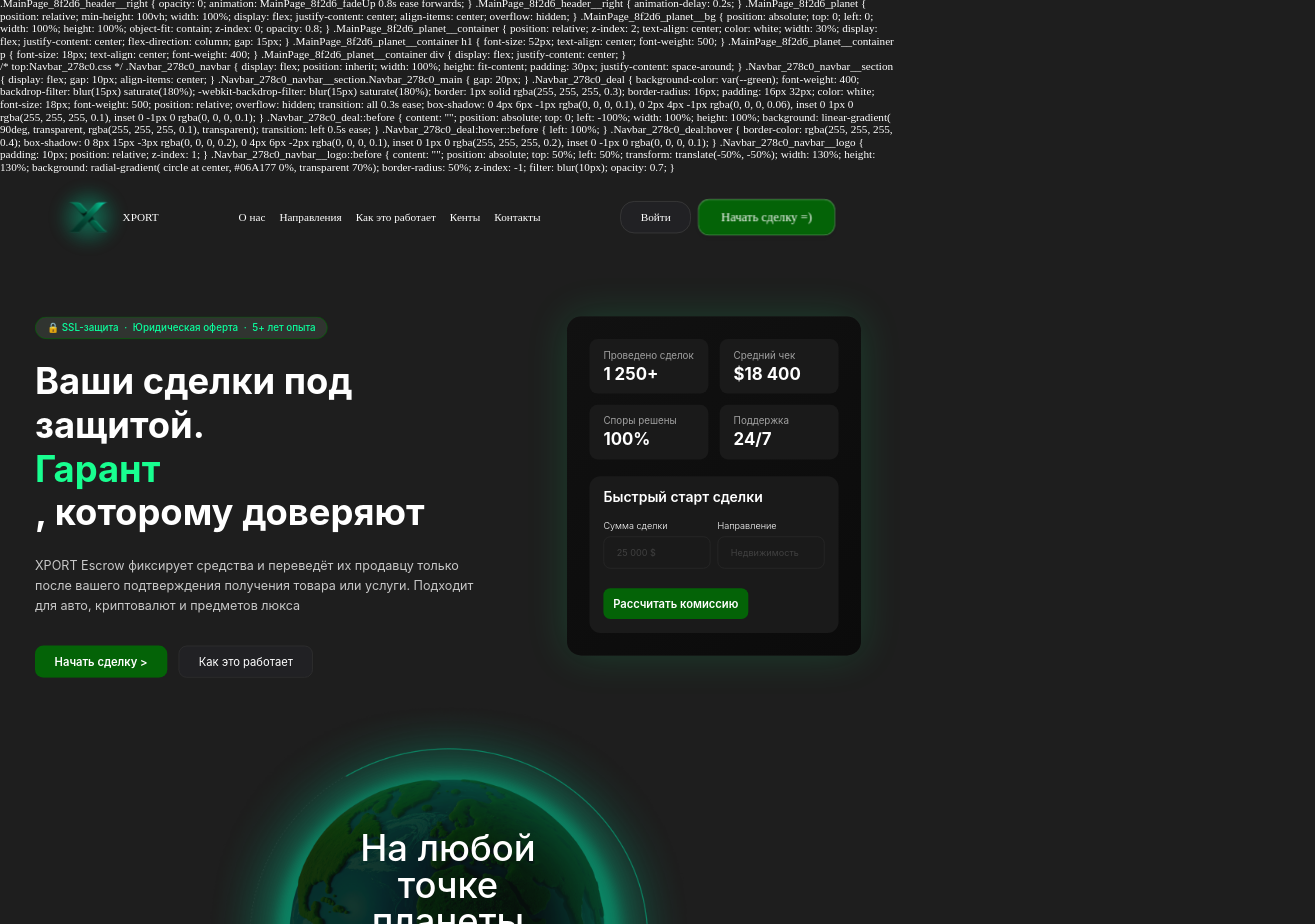
Repository: 1mpuryyyyy/x-port
Page: /x-port/
These files come from the project's save history. The page is drawn as it stood at one moment and after a run of saves; the edit follows.
The browser window is 1280 px wide. The page is 1879 px wide, so the pictures cover 1879 px, including what lies to the right of the window. The pictures show the part of the page from y = 1515 to 2835 px (the page is 3284 px tall before and 2484 px after), at 70% of full size.
The project was rebuilt for these pictures with package versions that can differ from the ones it lists, and the page was loaded fresh each time. Also part of the build but not shown: vite.config.js.

Above is the page before, as saved 2025-10-09 03:12:41.

### index.html
<!doctype html>
<html lang="en">

<head>
    <meta charset="UTF-8" />
    <link rel="icon" type="image/svg+xml" href="/logo.svg" />
    <meta name="viewport" content="width=device-width, initial-scale=1.0" />
    <title>XPORT</title>
</head>

<body>
    <div id="root"></div>
    <script type="module" src="/src/main.jsx"></script>
</body>

</html>

### src/index.css
:root {
    --display: #1E1E1E;
    --grey: #212124;
    --green: #046307;
    --bg-card: #303430;
    --gold: #D79A19;
    --blue: #1735B1;
    --emerald: #00C36D;
    --light-green: #0AFF9D;
    --white: #ffff;
    --transparent: rgba(255, 255, 255, 0.15);
    --light-grey: #404040;
}

* {
    margin: 0;
    padding: 0;
    box-sizing: border-box;
    text-decoration: none;
    border: none;
    font-size: 100%;
    font: inherit;
    font-family: "Helvetica Neue", Helvetica, Arial, sans-serif;
    color: var(--white)
}

::-webkit-scrollbar {
    width: 8px;
}

::-webkit-scrollbar-track {
    background: transparent;
}

::-webkit-scrollbar-thumb {
    background-color: var(--transparent);
    backdrop-filter: blur(10px) saturate(180%);
    -webkit-backdrop-filter: blur(10px) saturate(180%);
    border-radius: 6px;
    border: 1px solid rgba(255, 255, 255, 0.1);
}

::-webkit-scrollbar-thumb:hover {
    background-color: rgba(255, 255, 255, 0.1);
    backdrop-filter: blur(12px) saturate(200%);
    -webkit-backdrop-filter: blur(12px) saturate(200%);
}

ol,
ul {
    list-style: none;
}

blockquote,
q {
    quotes: none;
}

table {
    border-collapse: collapse;
    border-spacing: 0;
}

button {
    border: none;
    cursor: pointer;
    border-radius: 20px;
    background-color: var(--grey);
    border: 1px solid;
    border-color: var(--light-grey);
    padding: 14px 28px;
    color: white;
    font-weight: 300;
    display: flex;
    align-items: center;
    justify-content: center;
    transition: 0.3s ease;
}

body {
    background-color: var(--display);
    min-height: 100vh;
    line-height: 1;
}

### src/App.jsx
import { Provider } from "react-redux";
import { RouterProvider, createBrowserRouter } from "react-router-dom";
import "./App.css";
import { MainPage } from "./components/MainPage/MainPage.jsx";
import Layout from "./components/Layout.jsx";

const router = createBrowserRouter(
    [
        {
            path: "/",
            element: <Layout />,
            children: [
                {
                    path: "",
                    element: <MainPage />,
                },
            ],
        },
    ],
    {
        basename: '/x-port',
    }
);


function App() {
    return (
        <>
            {/* <Provider store={store}> */}
            <RouterProvider router={router}></RouterProvider>
            {/* </Provider> */}
        </>
    );
}

export default App;

### src/App.css
:root {
    --display: #1E1E1E;
    --green: #046307;
    --bg-card: #303430;
    --gold: #D79A19;
    --blue: #1735B1;
    --emerald: #00C36D;
    --light-green: #0AFF9D;
    --white: #ffff;
}

* {
    display: block;
    margin: 0;
    padding: 0;
    box-sizing: border-box;
    text-decoration: none;
    border: none;
    font-size: 100%;
    font: inherit;
}

body {
    line-height: 1;
}

ol,
ul {
    list-style: none;
}

blockquote,
q {
    quotes: none;
}

blockquote:before,
blockquote:after,
q:before,
q:after {
    content: '';
    content: none;
}

table {
    border-collapse: collapse;
    border-spacing: 0;
}

### src/components/MainPage/MainPage.jsx
import style from './MainPage.module.css';
import planet from "../../assets/planet.png";

export const MainPage = () => {
    return (
        <section>
            <div className={style.header}>
                <div className={style.header__left}>
                    <div className={style.header__left__benchmark}>
                        <span>🔒 SSL-защита</span>
                        <span>·</span>
                        <span>Юридическая оферта</span>
                        <span>·</span>
                        <span>5+ лет опыта</span>
                    </div>

                    <h1 className={style.header__left__title}>Ваши сделки под защитой. <span>Гарант</span>, которому доверяют</h1>
                    <p className={style.header__left__description}>XPORT Escrow фиксирует средства и переведёт их продавцу только после вашего подтверждения получения товара или услуги. Подходит для авто, криптовалют и предметов люкса</p>
                    <div className={style.header__left__buttons}>
                        <button className={style.greenButton}>Начать сделку {">"} </button>
                        <button>Как это работает </button>
                    </div>
                </div>
                <div className={style.header__right}>
                    <div className={style.digits}>
                        <div className={style.digits__item}>
                            <p className={style.digits__item__title}>Проведено сделок</p>
                            <h1>1 250+</h1>
                        </div>
                        <div className={style.digits__item}>
                            <p className={style.digits__item__title}>Средний чек</p>
                            <h1>$18 400</h1>
                        </div>
                        <div className={style.digits__item}>
                            <p className={style.digits__item__title}>Споры решены</p>
                            <h1>100%</h1>
                        </div>
                        <div className={style.digits__item}>
                            <p className={style.digits__item__title}>Поддержка</p>
                            <h1>24/7</h1>
                        </div>
                    </div>
                    <div className={style.calculator}>
                        <h1>Быстрый старт сделки</h1>
                        <div className={style.calculator__inputs}>
                            <div className={style.calculator__input}>
                                <label htmlFor="amount">Сумма сделки</label>
                                <input type="text" id="amount" placeholder="25 000 $" />
                            </div>
                            <div className={style.calculator__input}>
                                <label htmlFor="direction">Направление</label>
                                <input type="text" id="direction" placeholder="Недвижимость" />
                            </div>
                        </div>
                        <div>
                            <button>Рассчитать комиссию</button>
                        </div>
                    </div>
                </div>
            </div>
            <div className={style.planet}>
                <img
                    src={planet}
                    alt="planet background"
                    className={style.planet__bg}
                />
                <div className={style.planet__container}>
                    <h1>На любой точке планеты</h1>
                    <p>купи купи купи купи купи купи купи купи купи купи купи купи купи купи купи купи купи</p>
                    <div>
                        <button className={style.greenButton}>Начать сделку ={">"}</button>
                    </div>
                </div>
            </div>

        </section>
    );
}

### src/components/Layout.jsx
// import { useSelector } from "react-redux";
import { Navigate, Outlet } from "react-router-dom";
import Navbar from "./Navbar/Navbar.jsx";;

export default function Layout() {
    // const isAuthenticated = useSelector(state => state.auth.isAuthenticated);
    return (
        <div>
            {/* {!isAuthenticated && <Navigate to={"/"} />} */}
            <Navbar />
            <Outlet />
        </div>
    );
}

### src/components/MainPage/MainPage.module.css
section {
    color: #ffffff;
    padding: 80px 50px;
    min-height: 100vh;
    display: flex;
    align-items: center;
    justify-content: center;
    font-family: 'Inter', sans-serif;
    flex-direction: column;
}

/* Общий контейнер */
.header {
    display: flex;
    justify-content: space-between;
    align-items: flex-start;
    gap: 80px;
    width: 100%;
    max-width: 1400px;
}

/* Левая часть */
.header__left {
    flex: 1;
    display: flex;
    flex-direction: column;
    gap: 30px;
}

.header__left__benchmark {
    background-color: #303430;
    border: 1px solid #046307;
    color: #0AFF9D;
    border-radius: 999px;
    display: inline-flex;
    align-items: center;
    gap: 8px;
    padding: 8px 16px;
    font-size: 14px;
    font-weight: 500;
    width: fit-content;
}

.header__left__benchmark span {
    color: #0AFF9D;
}

.header__left__title {
    font-size: 52px;
    font-weight: 700;
    line-height: 1.2;
    max-width: 640px;
}

.header__left__title span {
    color: #18ff90;
}

.header__left__description {
    font-size: 18px;
    color: #c8c8c8;
    max-width: 640px;
    line-height: 1.6;
}

.header__left__buttons {
    display: flex;
    gap: 16px;
    margin-top: 12px;
}

.greenButton {
    background-color: var(--green);
    color: var(--white);
    font-weight: 600;
    padding: 14px 28px;
    border: none;
    border-radius: 12px;
    cursor: pointer;
    transition: all 0.3s ease;
}

.greenButton:hover {
    background-color: var(--emerald);
    color: var(--black);
}

.header__left__buttons button:last-child {
    background-color: var(--grey);
    color: #fff;
    font-weight: 400;
    border: 1px solid #333;
    padding: 14px 28px;
    border-radius: 12px;
    cursor: pointer;
    transition: all 0.3s ease;
}

.header__left__buttons button:last-child:hover {
    background-color: #22222200;
}

/* Правая часть */
.header__right {
    flex: 1;
    background: linear-gradient(145deg, #111 0%, #0b0b0b 100%);

    padding: 32px;
    border-radius: 20px;
    display: flex;
    flex-direction: column;
    gap: 24px;
    box-shadow: 0 0 60px rgba(0, 255, 130, 0.15);
    max-width: 420px;
}

/* Цифры */
.digits {
    display: grid;
    grid-template-columns: 1fr 1fr;
    gap: 16px;
}

.digits__item {
    background-color: #1a1a1a;
    border-radius: 12px;
    padding: 16px 20px;
    text-align: left;
}

.digits__item__title {
    font-size: 14px;
    color: #a0a0a0;
    margin-bottom: 8px;
}

.digits__item h1 {
    font-size: 24px;
    font-weight: 700;
}

/* Калькулятор */
.calculator {
    background-color: #1a1a1a;
    border-radius: 16px;
    padding: 20px;
    display: flex;
    flex-direction: column;
    gap: 16px;
}

.calculator__inputs {
    display: flex;
    gap: 10px;
}

.calculator h1 {
    font-size: 20px;
    font-weight: 600;
    margin-bottom: 8px;
}

.calculator label {
    font-size: 13px;
    color: var(--white);
    margin-bottom: 4px;
    font-weight: 300;
}

.calculator__input {
    gap: 5px;
    display: flex;
    flex-direction: column;
}

.calculator input {
    background-color: transparent;
    border: 1px solid #2a2a2a;
    border-radius: 10px;
    color: var(--white);
    padding: 14px 18px;
    font-size: 13px;
    width: 100%;
    margin-bottom: 12px;
    outline: none;
}

.calculator input::placeholder {
    color: #404040;
}

.calculator button {
    background-color: var(--green);
    color: var(--white);
    font-weight: 600;
    padding: 14px;
    border: none;
    border-radius: 10px;
    cursor: pointer;
    transition: all 0.5s ease;
}

.calculator button:hover {
    background-color: var(--emerald);
    color: black;
}

@keyframes fadeUp {
    from {
        opacity: 0;
        transform: translateY(30px);
    }

    to {
        opacity: 1;
        transform: translateY(0);
    }
}

.header__left,
.header__right {
    opacity: 0;
    animation: fadeUp 0.8s ease forwards;
}

.header__right {
    animation-delay: 0.2s;
}

.planet {
    position: relative;
    min-height: 100vh;
    width: 100%;
    display: flex;
    justify-content: center;
    align-items: center;
    overflow: hidden;
}

.planet__bg {
    position: absolute;
    top: 0;
    left: 0;
    width: 100%;
    height: 100%;
    object-fit: contain;
    z-index: 0;
    opacity: 0.8;
}

.planet__container {
    position: relative;
    z-index: 2;
    text-align: center;
    color: white;
    width: 30%;
    display: flex;
    justify-content: center;
    flex-direction: column;
    gap: 15px;
}

.planet__container h1 {
    font-size: 52px;
    text-align: center;
    font-weight: 500;
}

.planet__container p {
    font-size: 18px;
    text-align: center;
    font-weight: 400;
}

.planet__container div {
    display: flex;
    justify-content: center;
}

### src/components/Navbar/Navbar.jsx
import { Link } from 'react-router-dom'
import style from './Navbar.module.css'
import logo from '../../assets/logo.svg'

export default function Navbar() {
    return (
        <nav className={style["navbar"]} id='navbar'>
            <div className={style.navbar__section}>
                <Link to="/" className={style.navbar__logo}>
                    <img src={logo} alt="Логотип" title='XPORT' />
                </Link>
                <p className={style.logo__title}>
                    XPORT
                </p>
            </div>
            <div className={`${style.navbar__section} ${style.main}`}>
                <Link to="/">
                    <p>О нас</p>
                </Link>
                <Link to="/">
                    <p>Направления</p>
                </Link>
                <Link to="/">
                    <p>Как это работает</p>
                </Link>
                <Link to="/">
                    <p>Кенты</p>
                </Link>
                <Link to="/">
                    <p>Контакты</p>
                </Link>
            </div>
            <div className={style.navbar__section}>
                <Link>
                    <button>Войти</button>
                </Link>
                <Link>
                    <button className={style.deal}>Начать сделку =)</button>
                </Link>
            </div>
        </nav >);
};

### src/components/Navbar/Navbar.module.css
.navbar {
    display: flex;
    position: inherit;
    width: 100%;
    height: fit-content;
    padding: 30px;
    justify-content: space-around;
}

.navbar__section {
    display: flex;
    gap: 10px;
    align-items: center;
}

.navbar__section.main {
    gap: 20px;
}

.deal {
    background-color: var(--green);
    font-weight: 400;
    backdrop-filter: blur(15px) saturate(180%);
    -webkit-backdrop-filter: blur(15px) saturate(180%);
    border: 1px solid rgba(255, 255, 255, 0.3);
    border-radius: 16px;
    padding: 16px 32px;
    color: white;
    font-size: 18px;
    font-weight: 500;
    position: relative;
    overflow: hidden;
    transition: all 0.3s ease;
    box-shadow:
        0 4px 6px -1px rgba(0, 0, 0, 0.1),
        0 2px 4px -1px rgba(0, 0, 0, 0.06),
        inset 0 1px 0 rgba(255, 255, 255, 0.1),
        inset 0 -1px 0 rgba(0, 0, 0, 0.1);
}

.deal::before {
    content: '';
    position: absolute;
    top: 0;
    left: -100%;
    width: 100%;
    height: 100%;
    background: linear-gradient(90deg,
            transparent,
            rgba(255, 255, 255, 0.1),
            transparent);
    transition: left 0.5s ease;
}

.deal:hover::before {
    left: 100%;
}

.deal:hover {
    border-color: rgba(255, 255, 255, 0.4);
    box-shadow:
        0 8px 15px -3px rgba(0, 0, 0, 0.2),
        0 4px 6px -2px rgba(0, 0, 0, 0.1),
        inset 0 1px 0 rgba(255, 255, 255, 0.2),
        inset 0 -1px 0 rgba(0, 0, 0, 0.1);
}

.navbar__logo {
    padding: 10px;
    position: relative;
    z-index: 1;
}

.navbar__logo::before {
    content: '';
    position: absolute;
    top: 50%;
    left: 50%;
    transform: translate(-50%, -50%);
    width: 130%;
    height: 130%;
    background: radial-gradient(circle at center,
            #06A177 0%,
            transparent 70%);
    border-radius: 50%;
    z-index: -1;
    filter: blur(10px);
    opacity: 0.7;
}

Loaded but not shown: src/main.jsx (common file)

After the next 2 saves:
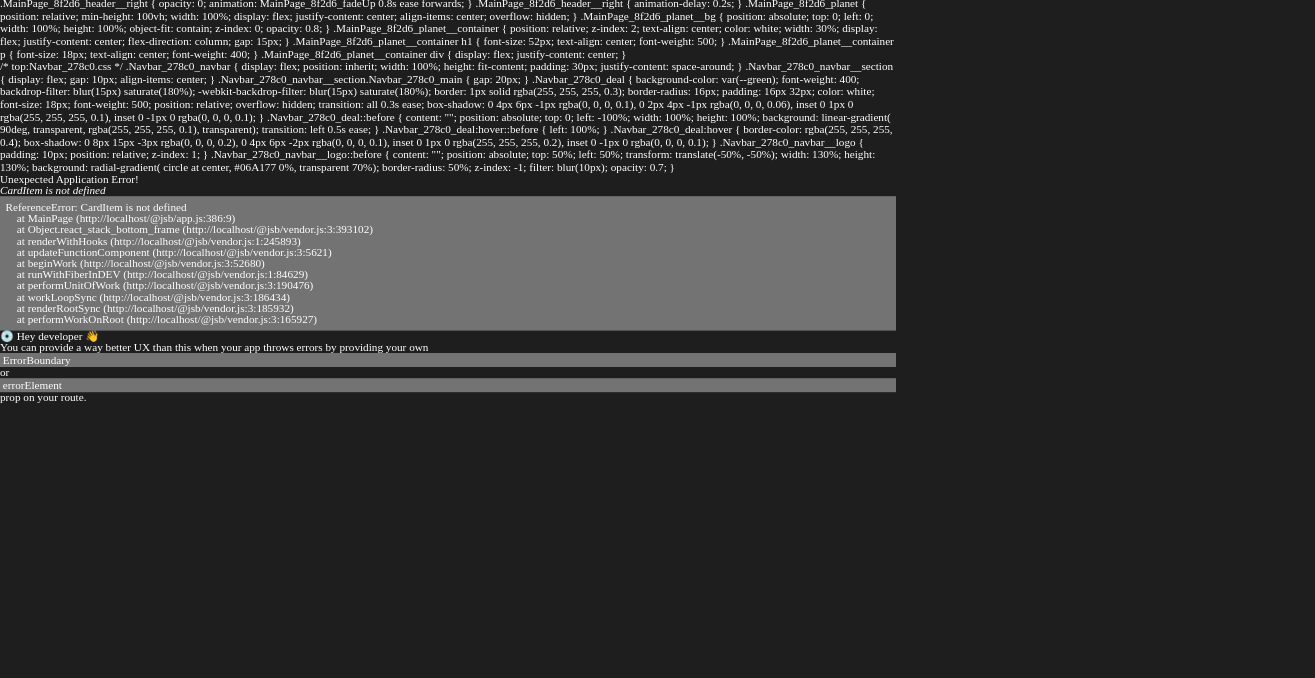
The 2 saves are shown as one change because they came seconds apart.
The last was saved 21 s later.
--- a/src/components/MainPage/MainPage.jsx
+++ b/src/components/MainPage/MainPage.jsx
@@ -72,6 +72,20 @@ export const MainPage = () => {
                     </div>
                 </div>
             </div>
+            <div style={{ display: "flex", gap: "20px", background: "#090C0B", padding: "40px" }}>
+                <CardItem
+                    imageUrl={house}
+                    title="Недвижимость"
+                    description="lorem ipsum lorem ipsum lorem ipsum lorem ipsum"
+                    link="#"
+                />
+                <CardItem
+                    imageUrl="/src/assets/car.svg"
+                    title="Автомобили"
+                    description="lorem ipsum lorem ipsum lorem ipsum lorem ipsum"
+                    link="#"
+                />
+            </div>
 
         </section>
     );
